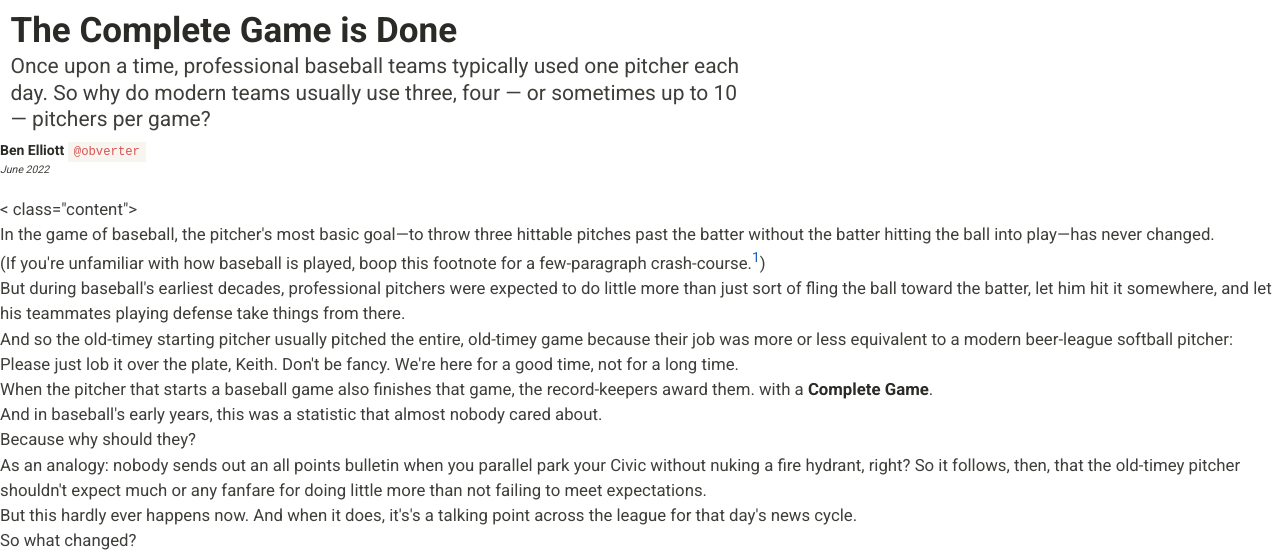
Repository: obverter/complete-games-are-done
Page: index.html
The author's editor kept a copy of each file at every save. The page is drawn from the files as they stood at one save, then again after the next save.
The browser window is 1280 px wide. The pictures show the part of the page from y = 0 to 553 px (the page is 1387 px tall before and 720 px after).
Pictures or frames that could not be fetched are drawn as grey boxes.

Above is the page before, as saved 2022-06-24 22:41:12.

After the next save:
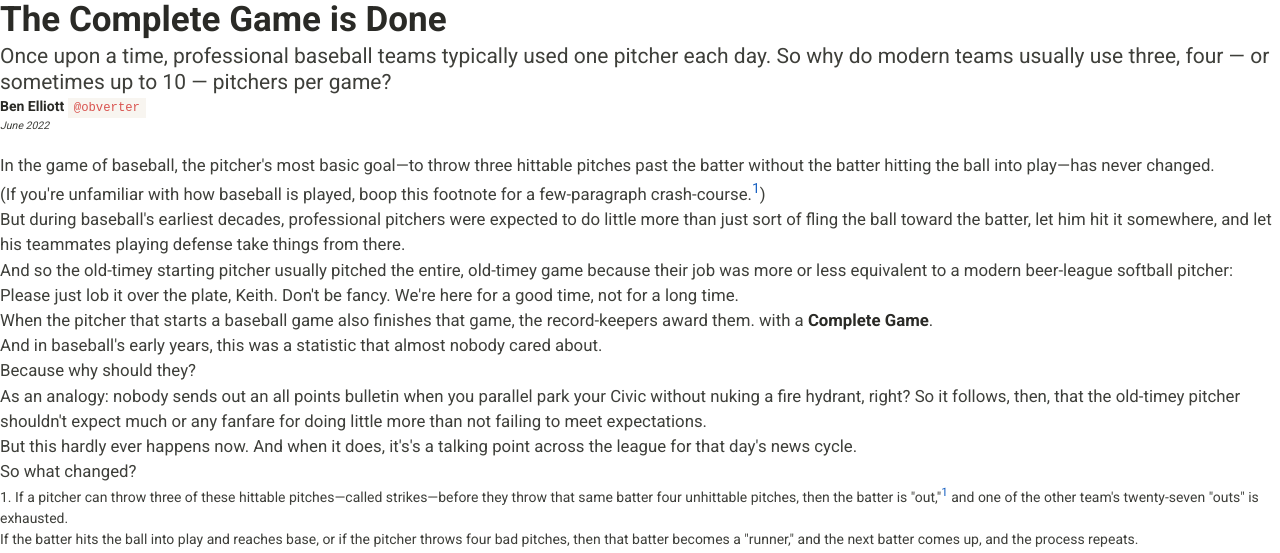
Saved 3 min 32 s later.
--- a/index.html
+++ b/index.html
@@ -9,8 +9,6 @@
     </head>
 
     <body>
-
-                    <div class="column is-three-fifths">
                         <h1 class="title is-2">The Complete Game is Done</h1>
                         <!-- todo: Title above is the Content title. -->
                         <p class="subtitle is-4">
@@ -20,14 +18,12 @@
                             up to 10 — pitchers per game?
                             <!-- todo: Subtitle above is the Content subtitle. -->
                         </p>
-                    </div>
-                    <!-- <div class="column is-one-fifth"></div> -->
 
                     <h6 class="title is-6">
                         Ben Elliott <code>@obverter</code>
                     </h6>
                     <h6 class="subtitle is-7"><em>June 2022</em></h6>
-                    < class="content">
+
                         <p>
                             In the game of baseball, the pitcher's most basic
                             goal—to throw three hittable pitches past the batter
@@ -84,56 +80,6 @@
                             day's news cycle.
                         </p>
                         <p>So what changed?</p>
-                        <iframe
-                            title="Pitching a Complete Game: Once Normal, Now Novel"
-                            aria-label="Scatter Plot"
-                            id="datawrapper-chart-UmZWo"
-                            src="https://datawrapper.dwcdn.net/UmZWo/4/"
-                            scrolling="no"
-                            frameborder="0"
-                            style="
-                                width: 0;
-                                min-width: 100% !important;
-                                border: none;
-                            "
-                            height="678"
-                        ></iframe>
-                        <script type="text/javascript">
-                            !(function () {
-                                "use strict";
-                                window.addEventListener(
-                                    "message",
-                                    function (e) {
-                                        if (
-                                            void 0 !==
-                                            e.data["datawrapper-height"]
-                                        ) {
-                                            var t =
-                                                document.querySelectorAll(
-                                                    "iframe"
-                                                );
-                                            for (var a in e.data[
-                                                "datawrapper-height"
-                                            ])
-                                                for (
-                                                    var r = 0;
-                                                    r < t.length;
-                                                    r++
-                                                ) {
-                                                    if (
-                                                        t[r].contentWindow ===
-                                                        e.source
-                                                    )
-                                                        t[r].style.height =
-                                                            e.data[
-                                                                "datawrapper-height"
-                                                            ][a] + "px";
-                                                }
-                                        }
-                                    }
-                                );
-                            })();
-                        </script>
 
                             <sup id="fn1"
                             ><p>
